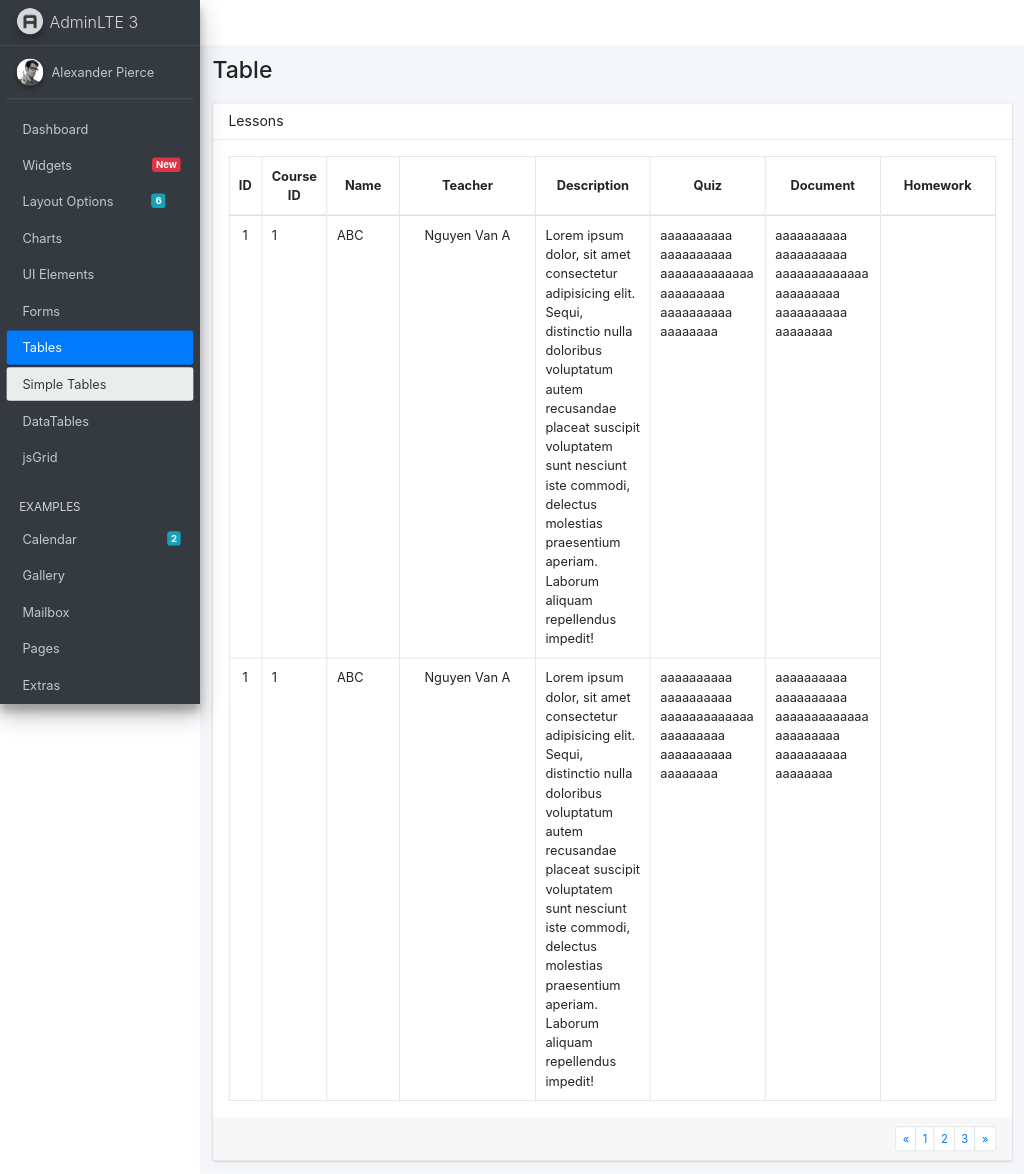
Repository: huyennvo/table
Page: http://localhost/table/lessons
An editor plug-in stored every save of this project. The page is shown before and after the next save, followed by the edit.
The browser window is 1280 px wide. The pictures show the whole page, at 80% of full size.
Some web fonts or font styles are not loaded; a fallback is used. The page is served by the project's Laravel application, run on PHP 8.4 with Laravel 8.

Above is the page before, as saved 2022-08-11 19:23:46.

After the next save:
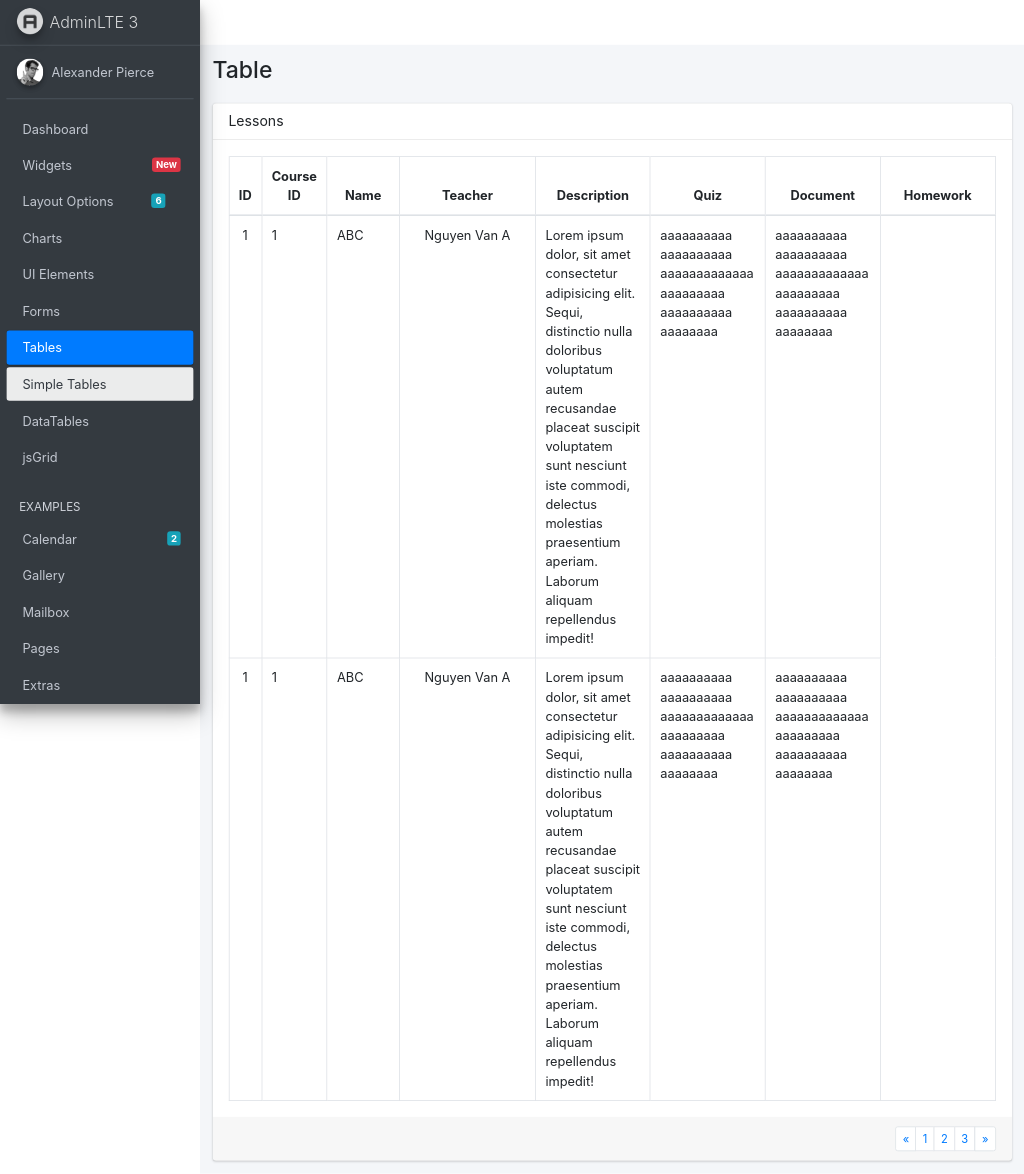
Saved 12 s later.
--- a/public/css/style.css
+++ b/public/css/style.css
@@ -1,4 +1,3 @@
 th {
-    align-content: center;
     text-align: center;
 }
